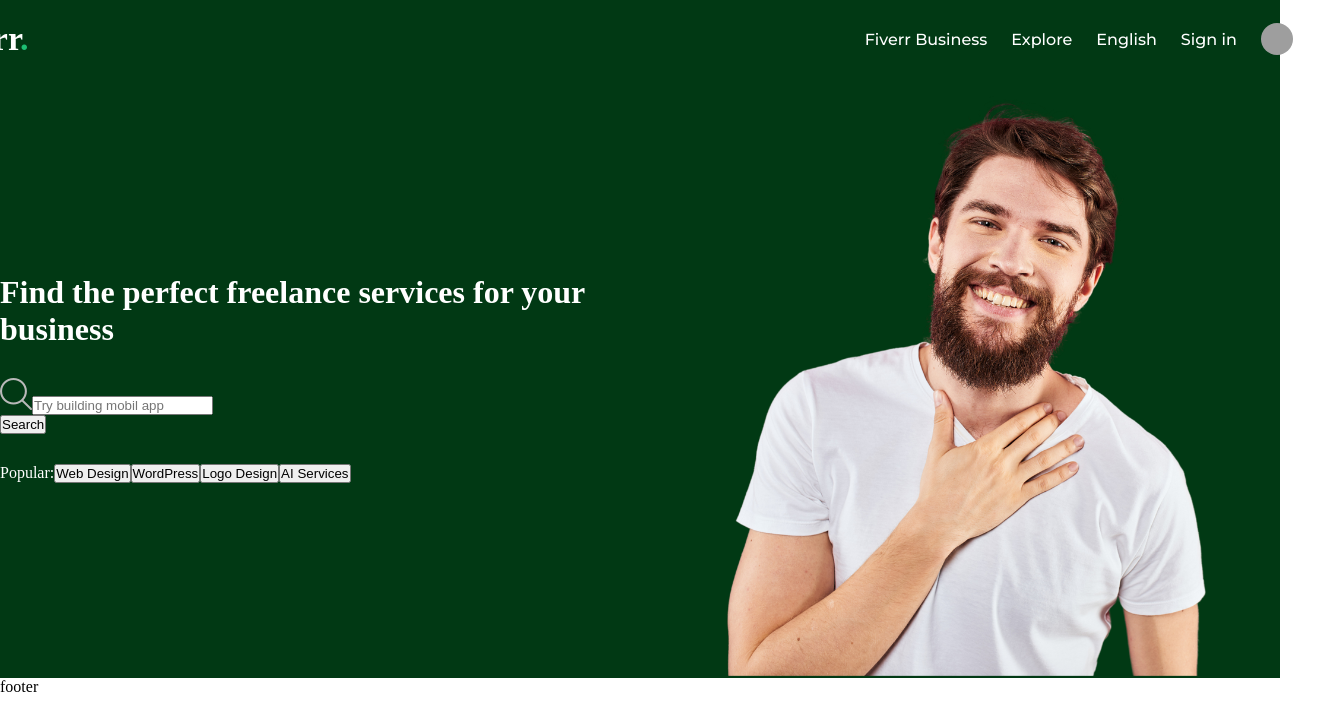
Repository: MoNasr2022/fiverr_clone_app
Page: /
The author's editor kept a copy of each file at every save. The page is drawn from the files as they stood at one save, then again after a run of saves.
The browser window is 1280 px wide. The page is 1340 px wide, so the pictures cover 1340 px, including what lies to the right of the window. The pictures show the whole page.
Pictures or frames that could not be fetched are drawn as grey boxes. The project was rebuilt for these pictures with package versions that can differ from the ones it lists, and the page was loaded fresh each time. Also part of the build but not shown: vite.config.js, src/pages/gigs/Gigs.jsx, src/pages/gig/Gig.jsx, src/pages/orders/Orders.jsx, src/pages/myGigs/MyGigs.jsx, src/pages/add/Add.jsx, src/pages/messages/Messages.jsx, src/pages/message/Message.jsx.

Above is the page before, as saved 2023-03-06 23:16:39.

After the next 3 saves:
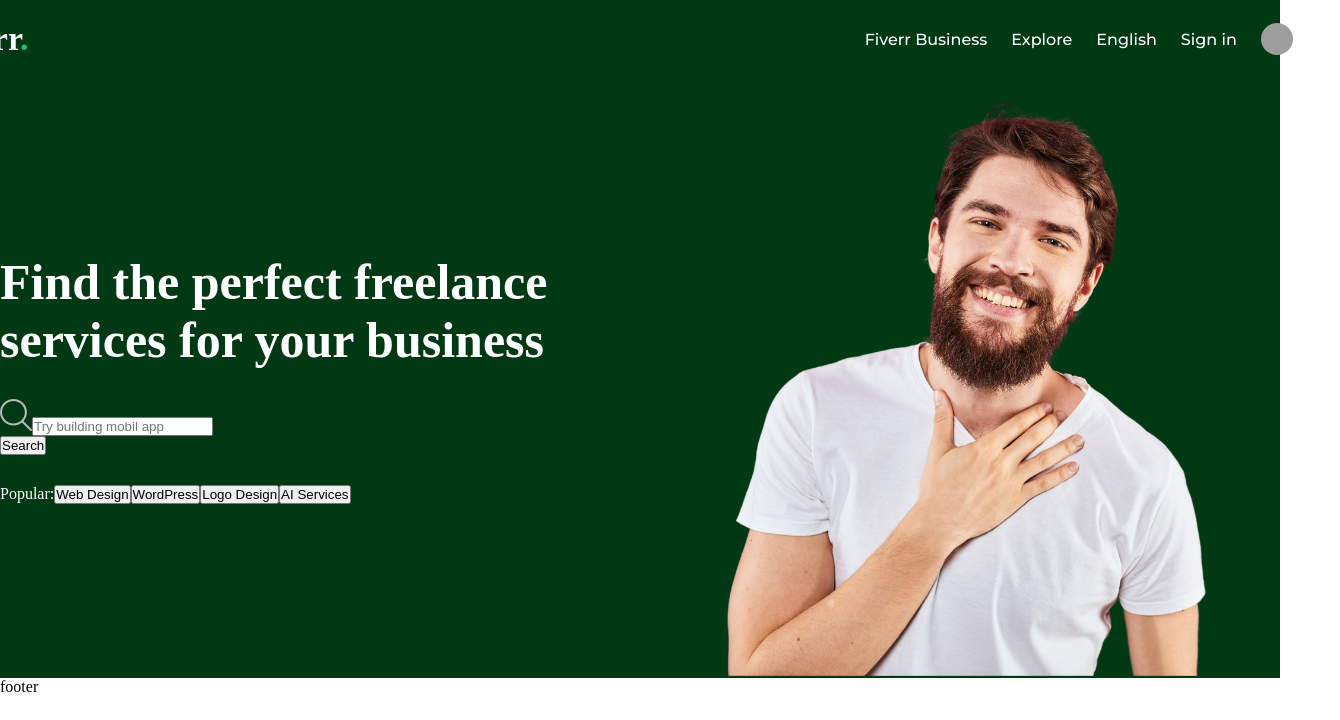
The 3 saves are shown as one change because they came seconds apart.
The last was saved 16 s later.
--- a/src/components/featured/Featured.scss
+++ b/src/components/featured/Featured.scss
@@ -14,6 +14,10 @@
       flex-direction: column;
 
       gap: 30px;
+      h1 {
+        font-size: 50px;
+        font-weight: 600;
+      }
     }
     .right {
     }
